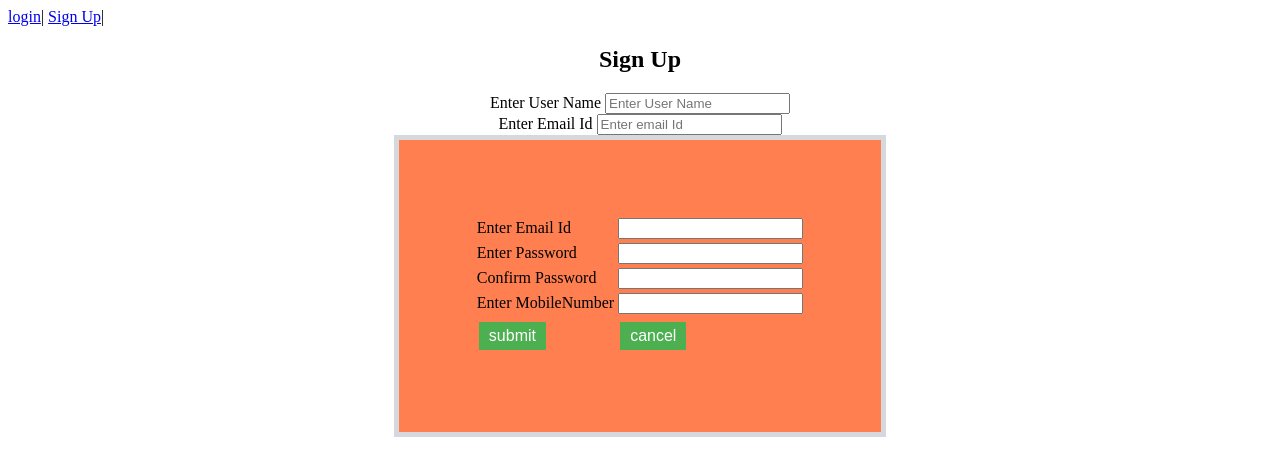
Repository: ashwinipatil321/ServletPrograms
Page: http://localhost/loginAndRegisterServlet/Register.jsp
The author's editor kept a copy of each file at every save. The page is drawn from the files as they stood at one save, then again after the next save.
The browser window is 1280 px wide. The pictures show the whole page.
Some web libraries are served in a nearby version. The page is served by Tomcat 9. Other server files are loaded and not shown.

Above is the page before, as saved 2017-11-07 06:06:49.

### loginAndRegisterServlet/WebContent/Register.jsp
<%@ page language="java" contentType="text/html; charset=UTF-8"
	pageEncoding="UTF-8"%>
<!DOCTYPE html PUBLIC "-//W3C//DTD HTML 4.01 Transitional//EN" "http://www.w3.org/TR/html4/loose.dtd">
<html>
<head>
<meta http-equiv="Content-Type" content="text/html; charset=UTF-8">
<script
	src="https://ajax.googleapis.com/ajax/libs/jquery/3.2.1/jquery.min.js"></script>

<style type="text/css">
table {
	border: 5px solid #D5D8DC;
	padding: 75px;
	margin: auto;
	width
	=70%;
	height
	=80%;
}

table {
	background-color: coral;
}

.submit {
	background-color: #4CAF50; /* Green */
	border: none;
	color: white;
	padding: 5px 10px;
	text-align: center;
	text-decoration: none;
	display: inline-block;
	font-size: 16px;
	margin: 4px 2px;
	cursor: pointer
}

.submit1 {
	background-color: #4CAF50; /* Green */
	border: none;
	color: white;
	padding: 5px 10px;
	text-align: center;
	text-decoration: none;
	display: inline-block;
	font-size: 16px;
	margin: 4px 2px;
	cursor: pointer
}
</style>
<script type="text/javascript">

$(document).ready(function(){
	$("#name").blur(function(){
var name = $("#name").val();
var nameRegex = /^[a-zA-Z ]*$/;
if(name.length==0){
	$("#error1").text("Please Enter name");
}else if(!name.match(nameRegex)){
	$("#error1").text("Please Enter charcter only");
}else{
	$("#error1").text("");
}
		});
});
</script>
</head>
<body>
	<%@ include file="index.jsp"%>

	<div>
		<center>
			<form action="RegisterServlet" method="post">
				<table border="0">
					<h2>Sign Up</h2>
					<div class="form-group">
						<label for="userName">Enter User Name</label>
						<input type="text" class="form-control" id="name" placeholder="Enter User Name"
							name="UserName">
							<span id="error1" style="color: red; font-size: 15px;"></span>
					</div>
					<div class="form-group">
				<label for="email">Enter Email Id</label> <input type="email"
					class="form-control" id="emailId" placeholder="Enter email Id"
					name="EmailId">
			</div>
					<tr>
						<td>Enter Email Id</td>
						<td><input type="text" name="EmailId"></td>
					</tr>


					<tr>
						<td>Enter Password</td>
						<td><input type="password" name="password"></td>
					</tr>


					<tr>
						<td>Confirm Password</td>
						<td><input type="password" name="confirmPassword"></td>
					</tr>

					<tr>
						<td>Enter MobileNumber</td>
						<td><input type="text" name="MobileNumber"></td>
					</tr>

					<tr>
						<td><input type="submit" value="submit" class="submit"></td>
						<td><input type="submit" value="cancel" class="submit1"></td>
						<a href="login.jsp">
					</tr>

				</table>
			</form>
		</center>
	</div>
</body>
</html>

### loginAndRegisterServlet/WebContent/index.jsp
<%@ page language="java" contentType="text/html; charset=UTF-8"
    pageEncoding="UTF-8"%>
<!DOCTYPE html PUBLIC "-//W3C//DTD HTML 4.01 Transitional//EN" "http://www.w3.org/TR/html4/loose.dtd">
<html>
<head>
<meta http-equiv="Content-Type" content="text/html; charset=UTF-8">
<title>Insert title here</title>
</head>
<body>
<a href="login.jsp">login</a>|
<a href="Register.jsp">Sign Up</a>|
</body>
</html>

After the next save:
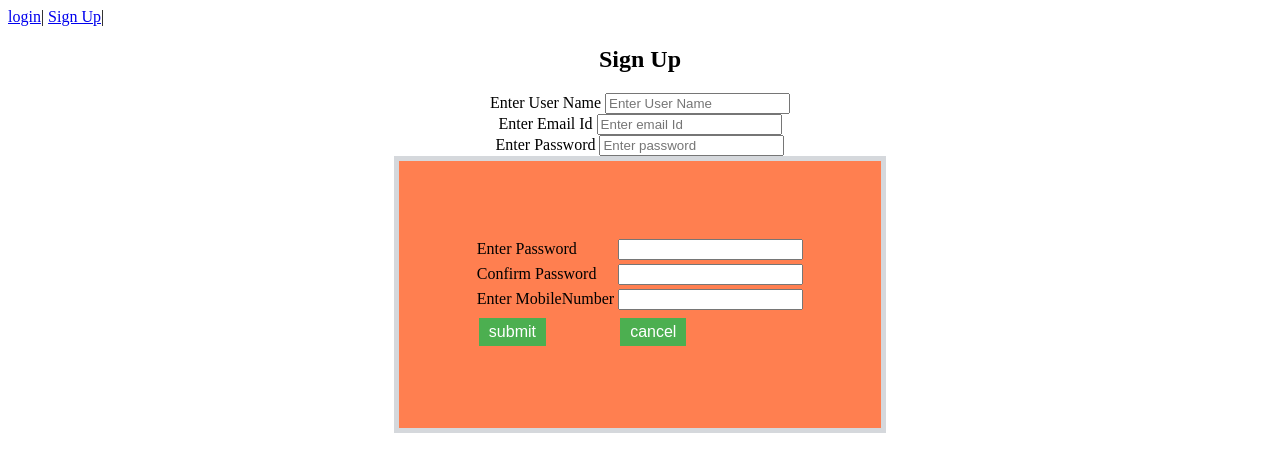
Saved 60 s later.
--- a/loginAndRegisterServlet/WebContent/Register.jsp
+++ b/loginAndRegisterServlet/WebContent/Register.jsp
@@ -81,15 +81,15 @@ if(name.length==0){
 					</div>
 					<div class="form-group">
 				<label for="email">Enter Email Id</label> <input type="email"
-					class="form-control" id="emailId" placeholder="Enter email Id"
+					class="form-control" id="EmailId" placeholder="Enter email Id"
 					name="EmailId">
 			</div>
-					<tr>
-						<td>Enter Email Id</td>
-						<td><input type="text" name="EmailId"></td>
-					</tr>
 
-
+<div class="form-group">
+				<label for="pwd">Enter Password</label> <input type="password"
+					class="form-control" id="password" placeholder="Enter password"
+					name="password">
+			</div>
 					<tr>
 						<td>Enter Password</td>
 						<td><input type="password" name="password"></td>
